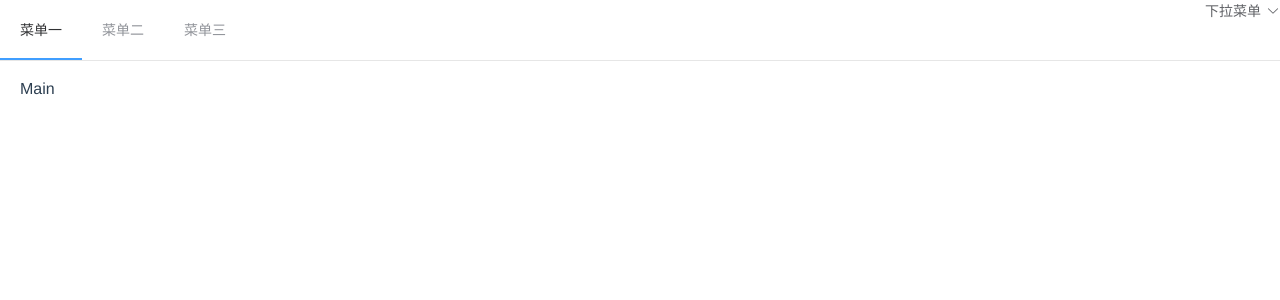
Repository: gaoxinke88888888/vue2-router-template
Page: /
The author's editor kept a copy of each file at every save. The page is drawn from the files as they stood at one save, then again after the next save.
The browser window is 1280 px wide. The pictures show the whole page.
The project was rebuilt for these pictures with package versions that can differ from the ones it lists, and the page was loaded fresh each time. Also part of the build but not shown: vue.config.js.

Above is the page before, as saved 2022-04-01 11:22:19.

After the next save:
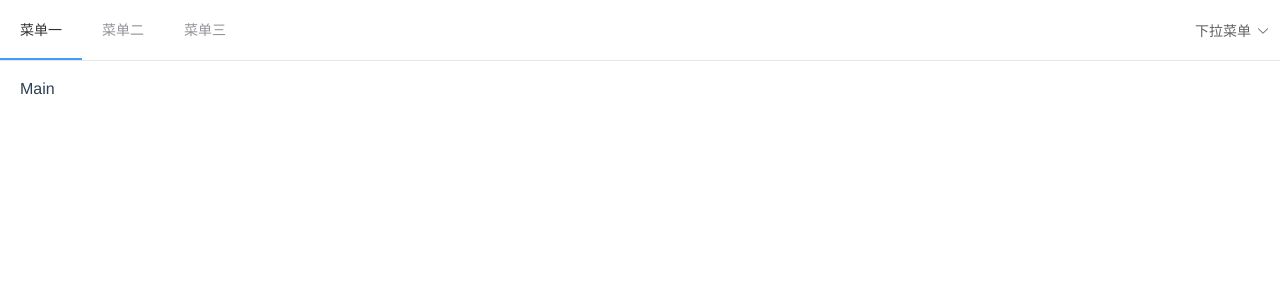
Saved 58 s later.
--- a/src/view/home.vue
+++ b/src/view/home.vue
@@ -36,5 +36,7 @@ export default {
 .dropdown{
     float: right;
     top: 15%;
+    padding-top: 20px;
+    padding-right: 10px;
 }
 </style>
